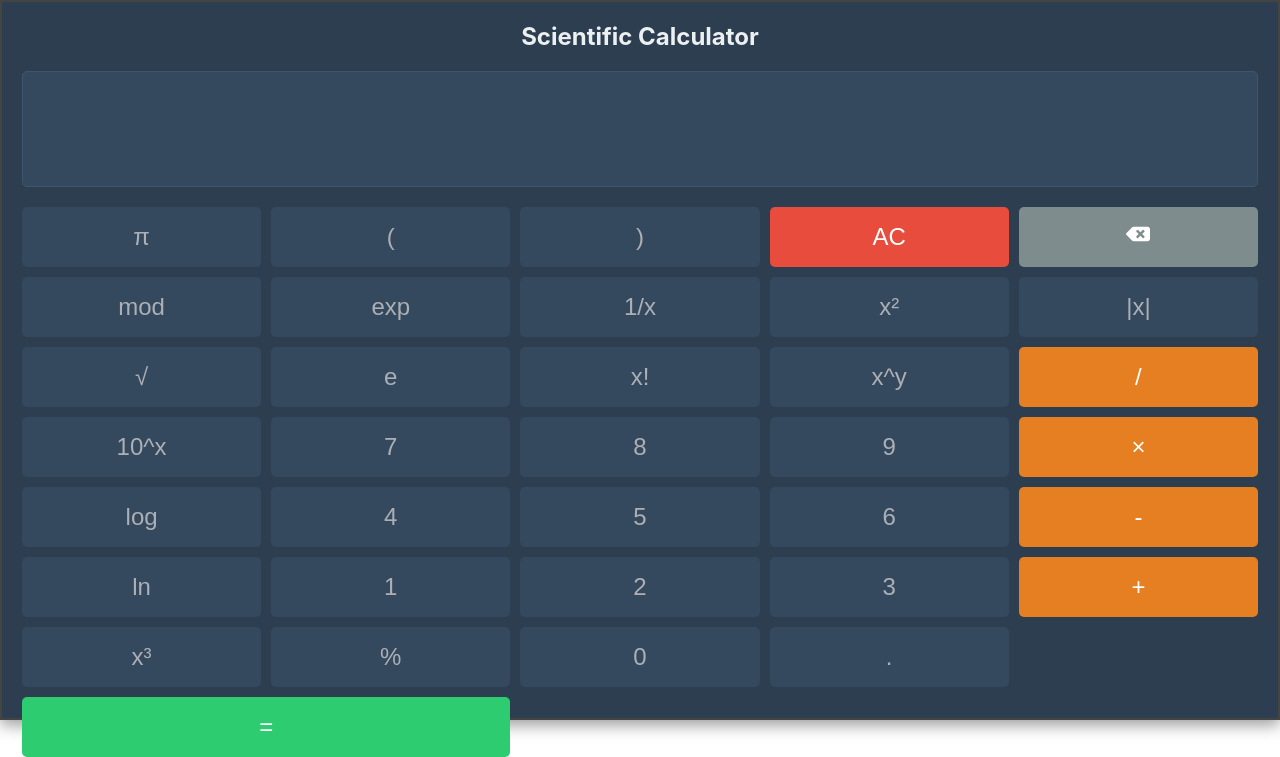
Repository: thesaherriaz/Calculator-React
Page: /
An editor plug-in stored every save of this project. The page is shown before and after the next save, followed by the edit.
The browser window is 1280 px wide. The pictures show the whole page.
The project was rebuilt for these pictures with package versions that can differ from the ones it lists, and the page was loaded fresh each time.

Above is the page before, as saved 2025-06-20 13:10:31.

### public/index.html
<!DOCTYPE html>
<html lang="en">
  <head>
    <meta charset="utf-8" />
    <link rel="icon" href="%PUBLIC_URL%/favicon.ico" />
    <meta name="viewport" content="width=device-width, initial-scale=1" />
    <meta name="theme-color" content="#000000" />
    <meta
      name="description"
      content="Web site created using create-react-app"
    />
    <link rel="apple-touch-icon" href="%PUBLIC_URL%/logo192.png" />
    <link rel="stylesheet" href="https://cdnjs.cloudflare.com/ajax/libs/font-awesome/6.0.0/css/all.min.css">
    <!--
      manifest.json provides metadata used when your web app is installed on a
      user's mobile device or desktop. See https://developers.google.com/web/fundamentals/web-app-manifest/
    -->
    <link rel="manifest" href="%PUBLIC_URL%/manifest.json" />
    <!--
      Notice the use of %PUBLIC_URL% in the tags above.
      It will be replaced with the URL of the `public` folder during the build.
      Only files inside the `public` folder can be referenced from the HTML.

      Unlike "/favicon.ico" or "favicon.ico", "%PUBLIC_URL%/favicon.ico" will
      work correctly both with client-side routing and a non-root public URL.
      Learn how to configure a non-root public URL by running `npm run build`.
    -->
    <title>Scientific Calculator</title>
  </head>
  <body>
    <noscript>You need to enable JavaScript to run this app.</noscript>
    <div id="root"></div>
    <!--
      This HTML file is a template.
      If you open it directly in the browser, you will see an empty page.

      You can add webfonts, meta tags, or analytics to this file.
      The build step will place the bundled scripts into the <body> tag.

      To begin the development, run `npm start` or `yarn start`.
      To create a production bundle, use `npm run build` or `yarn build`.
    -->
  </body>
</html>

### src/App.js
import React from 'react'
import Calculator from './compnents/Calculator'

function App() {
  return (
    <Calculator />
  )
}

export default App

### src/compnents/Calculator.jsx
import React, { useState, useEffect, useCallback } from 'react';
import './Calculator.css';
import { FaBackspace } from "react-icons/fa";

function Calculator() {
    const [input, setInput] = useState('');
    const [result, setResult] = useState('');

    const factorial = useCallback((n) => {
        if (n < 0) return NaN;
        if (n <= 1) return 1;
        return n * factorial(n - 1);
    }, []);

    const calculateResult = useCallback(() => {
        try {
            let expression = input
                .replace(/\^/g, '**')
                .replace(/mod/g, '%')
                .replace(/π/g, 'Math.PI')
                .replace(/e/g, 'Math.E');

            // Safer evaluation
            setResult(new Function('return ' + expression)().toString());
        } catch (error) {
            setResult('Error');
        }
    }, [input]);

    const handleClick = useCallback((value) => {
        if (value === 'AC') {
            setInput('');
            setResult('');
        } else if (value === 'DEL') {
            setInput(prev => prev.slice(0, -1));
        } else if (value === '=') {
            calculateResult();
        } else if (value === '√') {
            setInput(prev => `Math.sqrt(${prev})`);
        } else if (value === 'x²') {
            setInput(prev => `Math.pow(${prev},2)`);
        } else if (value === 'x³') {
            setInput(prev => `Math.pow(${prev},3)`);
        } else if (value === 'x^y') {
            setInput(prev => `${prev}^`);
        } else if (value === '1/x') {
            setInput(prev => `1/(${prev})`);
        } else if (value === 'log') {
            setInput(prev => `Math.log10(${prev})`);
        } else if (value === 'ln') {
            setInput(prev => `Math.log(${prev})`);
        } else if (value === 'π') {
            setInput(prev => prev + 'Math.PI');
        } else if (value === 'e') {
            setInput(prev => prev + 'Math.E');
        } else if (value === '10^x') {
            setInput(prev => `Math.pow(10,${prev})`);
        } else if (value === 'x!') {
            setInput(prev => `factorial(${prev})`);
        } else if (value === 'mod') {
            setInput(prev => `${prev}%`);
        } else if (value === 'exp') {
            setInput(prev => `Math.exp(${prev})`);
        } else if (value === '|x|') {
            setInput(prev => `Math.abs(${prev})`);
        } else if (value === '%') {
            setInput(prev => `(${prev})/100`);
        }else {
            setInput(prev => prev + value);
        }
    }, [calculateResult]);

    useEffect(() => {
        const handleKeyDown = (e) => {
            const key = e.key;
            if (/[0-9+\-*/.%πe=]/.test(key)) {
                handleClick(key);
            } else if (key === 'Enter') {
                handleClick('=');
            } else if (key === 'Backspace') {
                handleClick('DEL');
            } else if (key === 'Escape') {
                handleClick('AC');
            }
        };

        window.addEventListener('keydown', handleKeyDown);
        return () => window.removeEventListener('keydown', handleKeyDown);
    }, [handleClick]);

    return (
        <div className="calculator">
            <h1>Scientific Calculator</h1>
            <div className="display">
                <div className="input">{input}</div>
                <div className="result">{result}</div>
            </div>
            <div className="buttons">
                <button onClick={() => handleClick('π')}>π</button>
                <button onClick={() => handleClick('(')}>(</button>
                <button onClick={() => handleClick(')')}>)</button>
                <button onClick={() => handleClick('AC')} className="clear">AC</button>
                <button onClick={() => handleClick('DEL')} className="delete"><FaBackspace /></button>

                <button onClick={() => handleClick('mod')}>mod</button>
                <button onClick={() => handleClick('exp')}>exp</button>
                <button onClick={() => handleClick('1/x')}>1/x</button>
                <button onClick={() => handleClick('x²')}>x²</button>
                <button onClick={() => handleClick('Math.abs()')}>|x|</button>

                <button onClick={() => handleClick('√')}>√</button>
                <button onClick={() => handleClick('e')}>e</button>
                <button onClick={() => handleClick('x!')}>x!</button>
                <button onClick={() => handleClick('x^y')}>x^y</button>
                <button className="operator" onClick={() => handleClick('/')}>/</button>

                <button onClick={() => handleClick('10^x')}>10^x</button>
                <button onClick={() => handleClick('7')}>7</button>
                <button onClick={() => handleClick('8')}>8</button>
                <button onClick={() => handleClick('9')}>9</button>
                <button className="operator" onClick={() => handleClick('*')}>×</button>

                <button onClick={() => handleClick('log')}>log</button>
                <button onClick={() => handleClick('4')}>4</button>
                <button onClick={() => handleClick('5')}>5</button>
                <button onClick={() => handleClick('6')}>6</button>
                <button className="operator" onClick={() => handleClick('-')}>-</button>

                <button onClick={() => handleClick('ln')}>ln</button>

                <button onClick={() => handleClick('1')}>1</button>
                <button onClick={() => handleClick('2')}>2</button>
                <button onClick={() => handleClick('3')}>3</button>
                <button className="operator" onClick={() => handleClick('+')}>+</button>

                <button onClick={() => handleClick('x³')}>x³</button>
                <button onClick={() => handleClick('%')}>%</button>
                <button onClick={() => handleClick('0')}>0</button>
                <button onClick={() => handleClick('.')}>.</button>
                <button className="equals" onClick={() => handleClick('=')}>=</button>
            </div>
        </div>
    );
}

export default Calculator;

### src/compnents/Calculator.css
*{
    box-sizing: border-box;
    margin: 0;
    padding: 0;
}
.calculator {
    width: 100%;
    height: 100vh;
    /* margin: 30px auto 0px auto; */
    border: 2px solid #444;
    /* border-radius: 10px; */
    padding: 20px;
    background-color: #2c3e50;
    box-shadow: 0 5px 15px rgba(0, 0, 0, 0.4);
    color: white;
}

.calculator h1 {
    text-align: center;
    color: #ecf0f1;
    margin-bottom: 20px;
    font-size: 1.5em;
}

.display {
    background-color: #34495e;
    border: 1px solid #3d566e;
    border-radius: 5px;
    padding: 15px;
    margin-bottom: 20px;
    text-align: right;
    min-height: 70px;
}

.input {
    font-size: 1.5em;
    color: #bdc3c7;
    min-height: 1.3em;
    margin-bottom: 10px;
    word-wrap: break-word;
}

.result {
    font-size: 1.8em;
    font-weight: bold;
    color: #ecf0f1;
    min-height: 1.5em;
    word-wrap: break-word;
}

.buttons {
    display: grid;
    grid-template-columns: repeat(5, 1fr);
    grid-gap: 10px;
}

button {
    height: 60px;
    padding: 15px;
    font-size: 1.5em;
    border: none;
    border-radius: 5px;
    background-color: #34495e;
    color: #acafb5;
    cursor: pointer;
    transition: all 0.2s;
}

button:hover {
    background-color: #3d566e;
}

button:active {
    transform: scale(0.95);
}

.operator {
    background-color: #e67e22;
    color: white;
}

.operator:hover {
    background-color: #d35400;
}

.clear {
    background-color: #e74c3c;
    color: white;
}

.clear:hover {
    background-color: #c0392b;
}

.delete {
    background-color: #7f8c8d;
    color: white;
}

.delete:hover {
    background-color: #95a5a6;
}

.equals {
    background-color: #2ecc71;
    color: white;
    grid-column: span 2;
}

.equals:hover {
    background-color: #27ae60;
}

/* Scientific buttons
button:nth-child(1),
button:nth-child(2),
button:nth-child(3),
button:nth-child(4),
button:nth-child(5),
button:nth-child(6),
button:nth-child(11),
button:nth-child(12),
button:nth-child(13),
button:nth-child(14),
button:nth-child(19),
button:nth-child(20),
button:nth-child(21) {
    background-color: #3498db;
}

button:nth-child(1):hover,
button:nth-child(2):hover,
button:nth-child(3):hover,
button:nth-child(4):hover,
button:nth-child(5):hover,
button:nth-child(6):hover,
button:nth-child(11):hover,
button:nth-child(12):hover,
button:nth-child(13):hover,
button:nth-child(14):hover,
button:nth-child(19):hover,
button:nth-child(20):hover,
button:nth-child(21):hover {
    background-color: #2980b9;
} */

Loaded but not shown: src/index.js (common file); src/index.css (common file); src/reportWebVitals.js (common file)

After the next save:
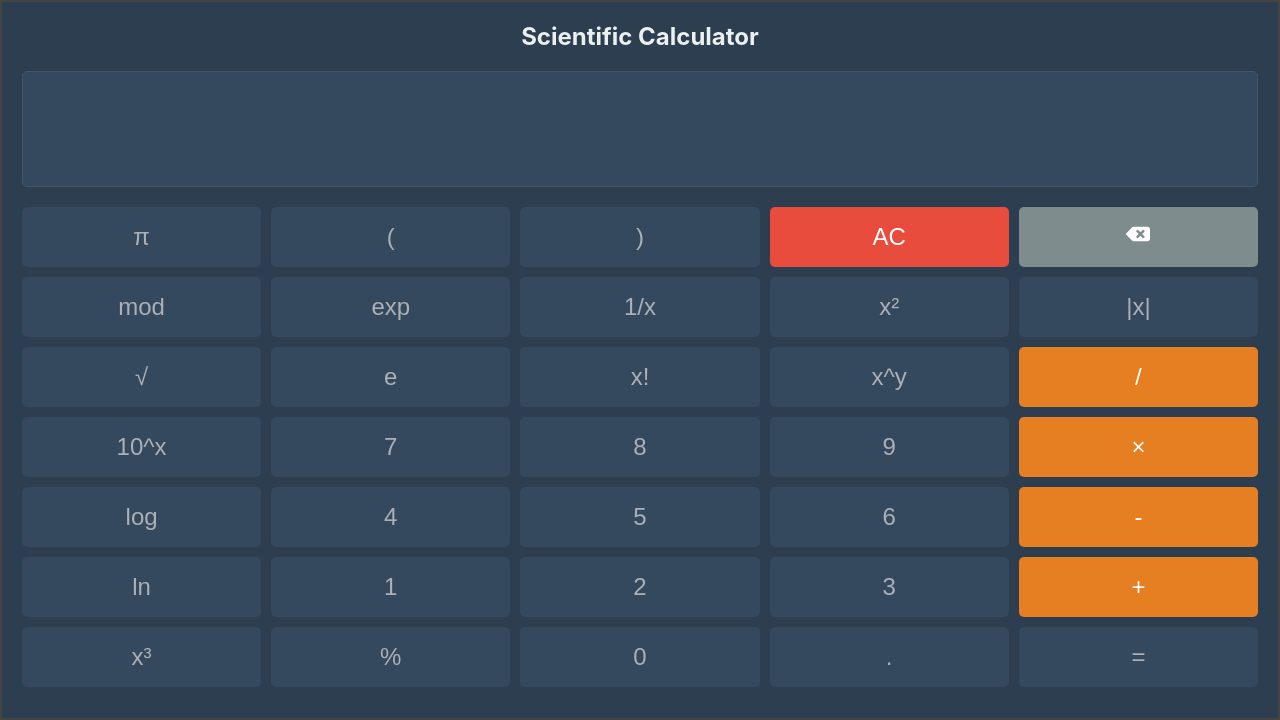
Saved 17 s later.
--- a/src/compnents/Calculator.jsx
+++ b/src/compnents/Calculator.jsx
@@ -137,7 +137,7 @@
                 <button onClick={() => handleClick('%')}>%</button>
                 <button onClick={() => handleClick('0')}>0</button>
                 <button onClick={() => handleClick('.')}>.</button>
-                <button className="equals" onClick={() => handleClick('=')}>=</button>
+                <button onClick={() => handleClick('=')}>=</button>
             </div>
         </div>
     );

After the save that followed:
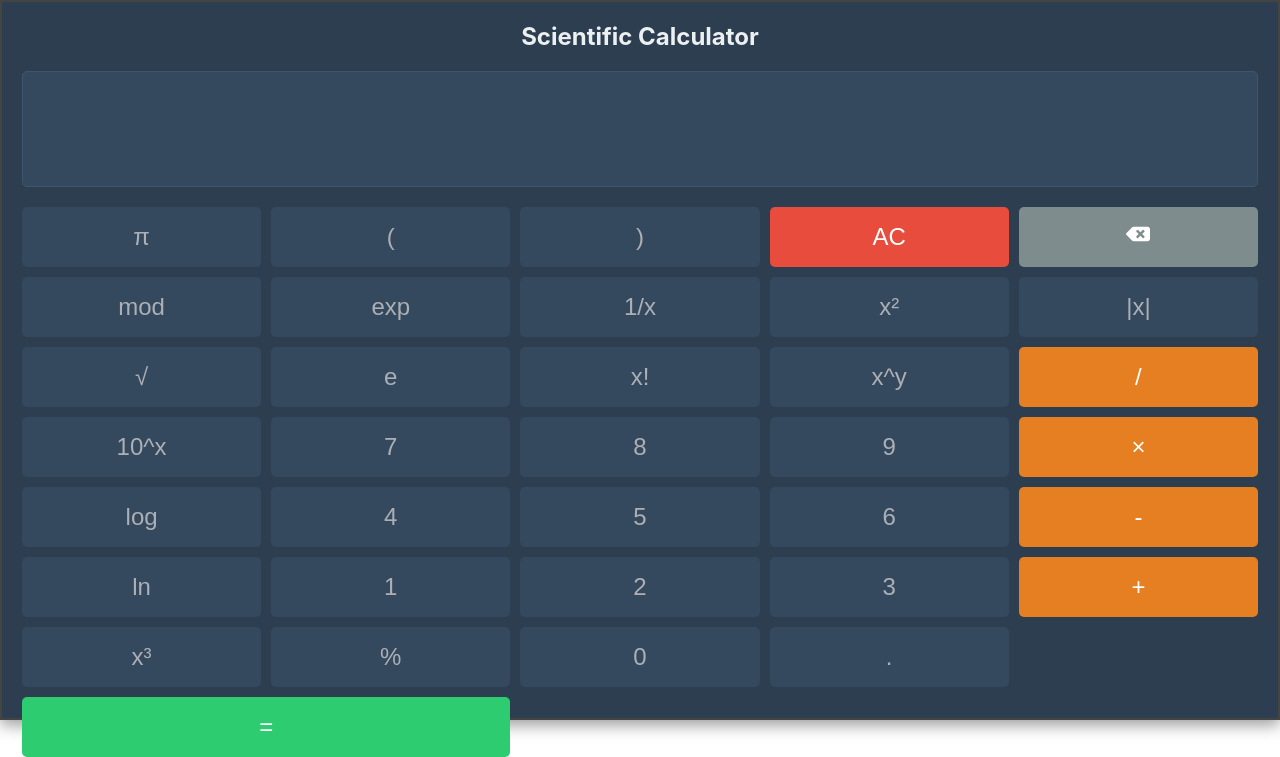
Saved 7 s later.
--- a/src/compnents/Calculator.jsx
+++ b/src/compnents/Calculator.jsx
@@ -137,7 +137,7 @@
                 <button onClick={() => handleClick('%')}>%</button>
                 <button onClick={() => handleClick('0')}>0</button>
                 <button onClick={() => handleClick('.')}>.</button>
-                <button onClick={() => handleClick('=')}>=</button>
+                <button className="equals" onClick={() => handleClick('=')}>=</button>
             </div>
         </div>
     );
